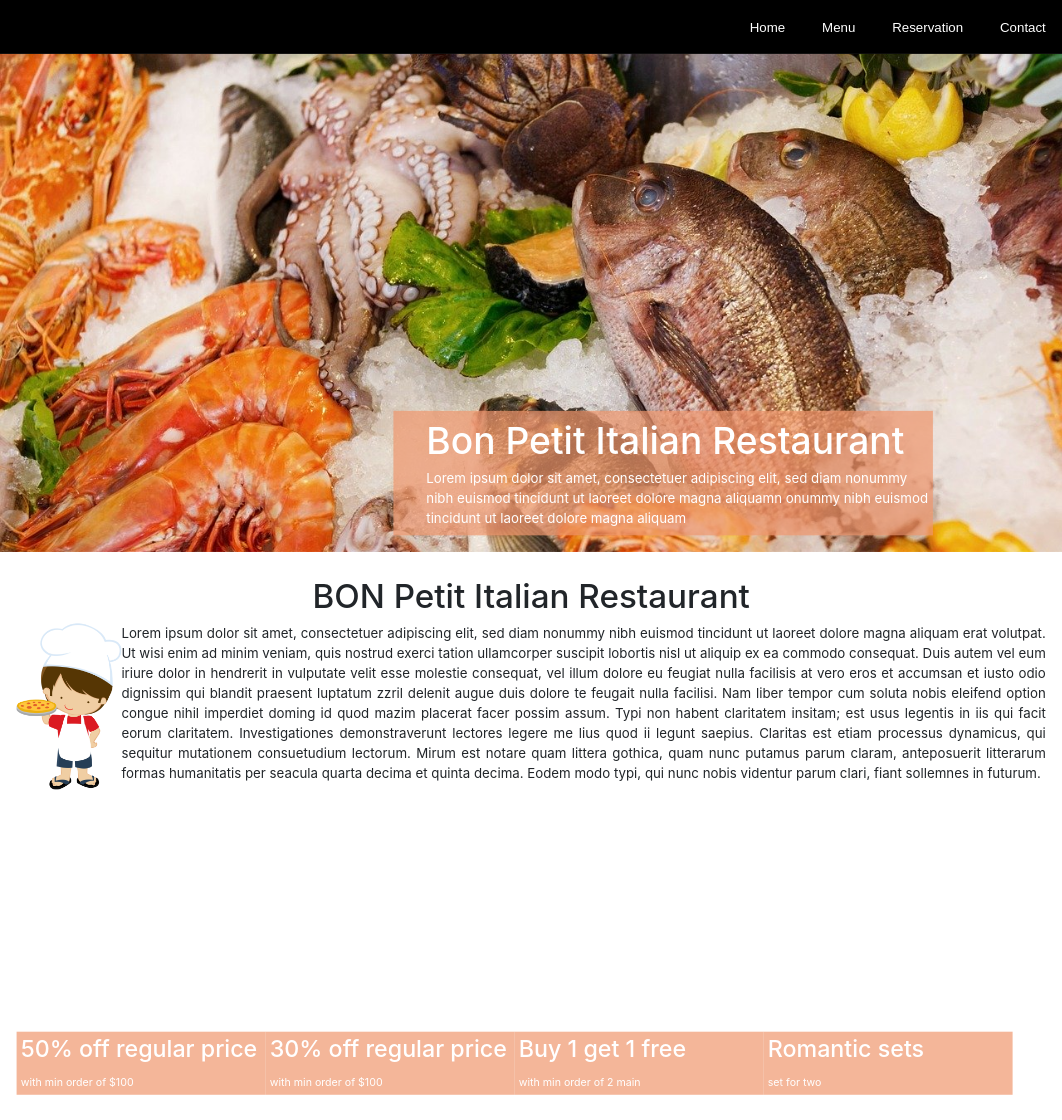
Repository: 4forces/HTML-CSS-LESSON
Page: mock-up-project.html
The author's editor kept a record of every edit. The page is drawn from the files as they stood at one moment, then again after the next edit.
The browser window is 1280 px wide. The pictures show the whole page, at 83% of full size.

Above is the page before.

After the next edit:
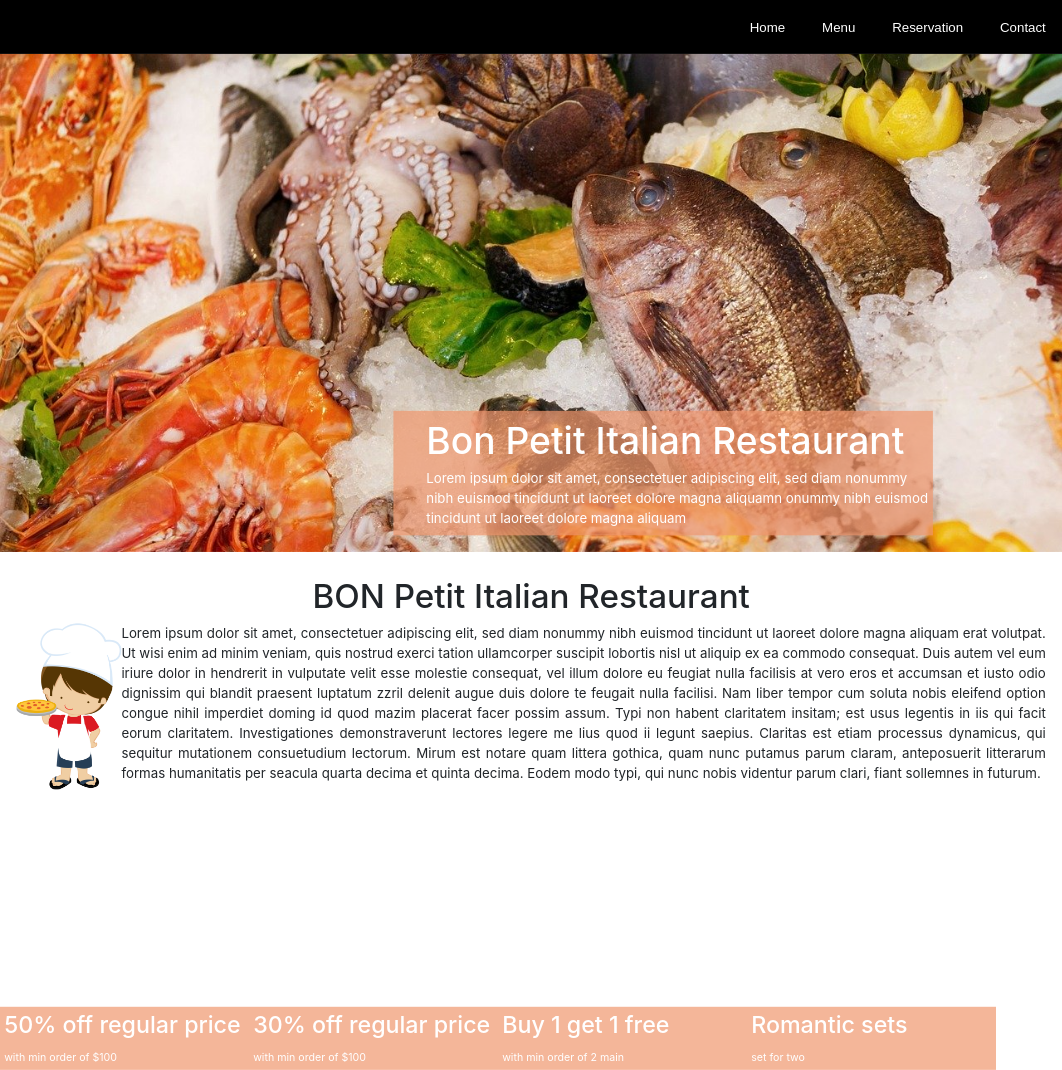
The edit:
--- a/styles/mock-up.css
+++ b/styles/mock-up.css
@@ -64,7 +64,7 @@
 }
 
 #section-promo {
-    padding: 30px 20px;
+    /*padding: 30px 20px;*/
     min-height: 300px;
     display: flex !important;
 }
